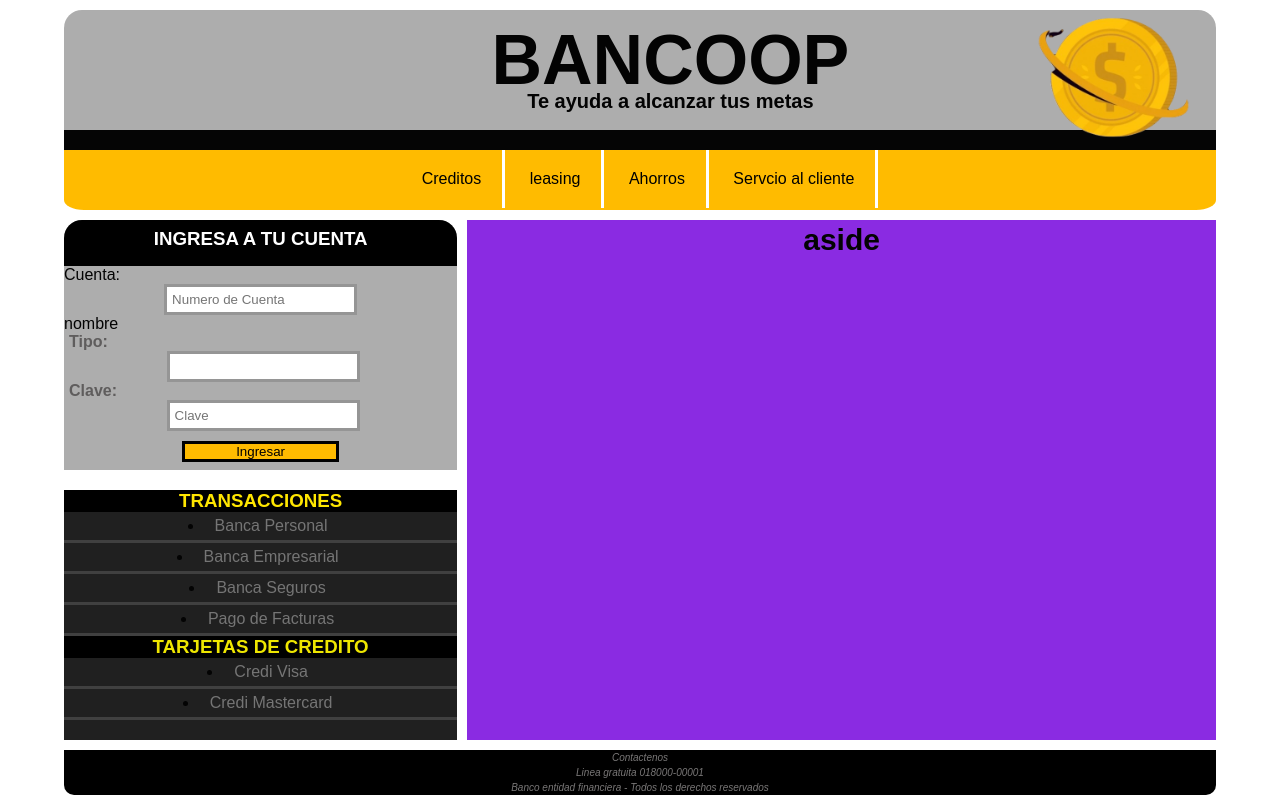
Repository: NickArregoces/BANCOOP
Page: Index.html
An editor plug-in stored every save of this project. The page is shown before and after the next save, followed by the edit.
The browser window is 1280 px wide. The pictures show the whole page.

Above is the page before, as saved 2021-09-30 14:00:43.

### Index.html
<!DOCTYPE html>
<html lang="en">
<head>
    <meta charset="UTF-8">
    <meta http-equiv="X-UA-Compatible" content="IE=edge">
    <meta name="viewport" content="width=device-width, initial-scale=1.0">
    <title>BANCOOP Home</title>
    <link rel="stylesheet" href="../BANCOOP/CSS/Style.css">

</head>
<body>
    <div id="head">
        <header>
            <div class="image">
                <img src="../BANCOOP/Images/logo.png" alt="logo">
            </div>
            <div class="title" >
                <h1>BANCOOP</h1>
                <h3>Te ayuda a alcanzar tus metas</h3>
            </div>

        </header>

        <nav class="barra"></nav>

        <div class="navegador">
            <ul class="menu">
                <li><a href="#">Creditos</a></li>
                <li><a href="#">leasing</a></li>
                <li><a href="#">Ahorros</a></li>
                <li><a href="#">Servcio al cliente</a></li>
            </ul>
        </div>

    </div>

        <div id="Contenido">
            <div class="section">
                <form action="" class="login">
                    <h3 style="color: rgb(255, 255, 255);">INGRESA A TU CUENTA</h3>

                    <div class="input-contenedor">
                        <labe >Cuenta:<input type="number" placeholder="Numero de Cuenta"></label>
                    <label for="css">nombre </label>
                        <h4>Tipo:<input type="text"></h4>

                        <h4>Clave:<input type="password" placeholder="Clave"></h4>
                   </div>
                    <div class="center">
                        <button class="sumbit"> Ingresar </button>
                    </div>

                </form>

                <article class="opciones">
                    <h3 style="color: rgb(255, 230, 0);">TRANSACCIONES</h3>
                    <li><a href="#">Banca Personal</a></li>
                    <li><a href="#">Banca Empresarial</a></li>
                    <li><a href="#">Banca Seguros</a></li>
                    <li><a href="#">Pago de Facturas</a></li>

                    <h3 style="color: rgb(238, 230, 0);">TARJETAS DE CREDITO</h3>
                    <li><a href="#">Credi Visa</a></li>
                    <li><a href="#">Credi Mastercard</a></li>
                </article>
            </div>

            <div id="Cuadros">
                <aside>
                    <h2>aside</h2>
                </aside>
            </div>

                <div>
                    <footer>
                        <p>Contactenos</p>
                        <p>Linea gratuita 018000-00001</p>
                        <p>Banco entidad financiera
                        - Todos los derechos reservados</p>
                    </footer>
                </div>
        </div>

</body>
</html>

### CSS/Style.css

*{
    margin: 0 auto;
    padding: 0px;
}
body{
    font-family: Arial, Helvetica, sans-serif;
    background: rgb(255, 255, 255);
    width: 90%;
    color: rgb(3, 3, 3);
}
header{
    width: 100%;
    margin-top: 10px;
    background: rgb(173, 173, 173);
    border-top-left-radius:  18px;
    border-top-right-radius:  18px;
    height: 120px;
}
    img{
        float: right;
        width: 200px;
    }
    .title{
        float: right;
        width: 60%;
        margin-top: 20px;
    }
    header h1{
        font-size: 70px;
        text-align: center;
        line-height: 60px;
        display: block;
    }
    header h3{
        font-size: 20px;
        text-align: center;
    }
nav.barra{
    background: rgb(5, 5, 5);
    height: 20px;
}
div.navegador{
    text-align: center;
}

    ul.menu{
        border-bottom-left-radius: 20px 10px;
        border-bottom-right-radius: 20px 10px;
        background: rgb(255, 187, 0);
        height: 60px;
        list-style: none;
        padding: 0;
        max-width: 10000px;
    }
    .menu li a{
        margin-right: 1px;
        text-decoration: none;
        color:black;
        padding: 20px;
        display: inline-block;
    }
    .menu li {

        border-right: solid white;
        display: inline-block;
        }
    .menu li a:hover{
        background: #242323b6;
        color: white;
        }

.section{
    width: 35%;
    float: left;
}
    form{
        background: rgb(173, 173, 173);
        border-top-left-radius: 18px;
        border-top-right-radius: 18px;
        margin-top: 10px;
        margin-right:10px;
        margin-bottom: 10px;
        height: 250px;
    }
        form h3{
            text-align: center;
            background: black;
            height: 30px;
            padding: 8px;
            border-top-left-radius: 18px;
            border-top-right-radius: 18px;
        }
        form h4{
            margin-left: 5px;
            color: rgb(95, 93, 93);
        }
        form input{
            padding: 5px;
            display: block;
            border: solid rgb(149, 149, 149);
        }
        div.center{
            margin-top: 10px;
            margin: auto;
            text-align: center;
            width: 50%;
            cursor: pointer;
        }
        button{
            margin-top: 10px;
            width: 80%;
            background: rgb(255, 187, 0);
            border: solid black;
            cursor: pointer;
        }
        button:hover{
            background: #242323b6;
            color: rgb(251, 227, 3);
        }

    article {
        height: 250px;
        background: rgb(32, 32, 32);
        margin-top: 20px;
        margin-right:10px;
        margin-bottom: 10px;
    }
        article h3{
            text-align: center;
            background: black;
        }
        .opciones li a{
            margin-right: 1px;
            text-align: center;
            text-decoration: none;
            color:rgb(117, 117, 117);
            padding: 5px;
            display: inline-block;
        }
        .opciones li {
            border-bottom: solid rgba(68, 68, 68, 0.897);
            text-align: center;
            display:inline-flexbox;
            }
        .opciones li a:hover{
            background: #242323b6;
            color: rgb(251, 227, 3);
            }

aside{
    width: 65%;
    height: 520px;
    background: blueviolet;
    margin-top: 10px;
    float: right;
    margin-bottom: 10px;
}
    aside h2{
        font-size: 30px;
        text-align: center;
        line-height: 40px;
    }

footer{
    background: black;
    clear: both;
    border-bottom-left-radius: 10px;
    border-bottom-right-radius: 10px;
}
    footer p{
        font-size: 10px;
        text-align: center;
        line-height: 15px;
        color: rgb(121, 119, 119);
        font-style:italic;
    }

After the next save:
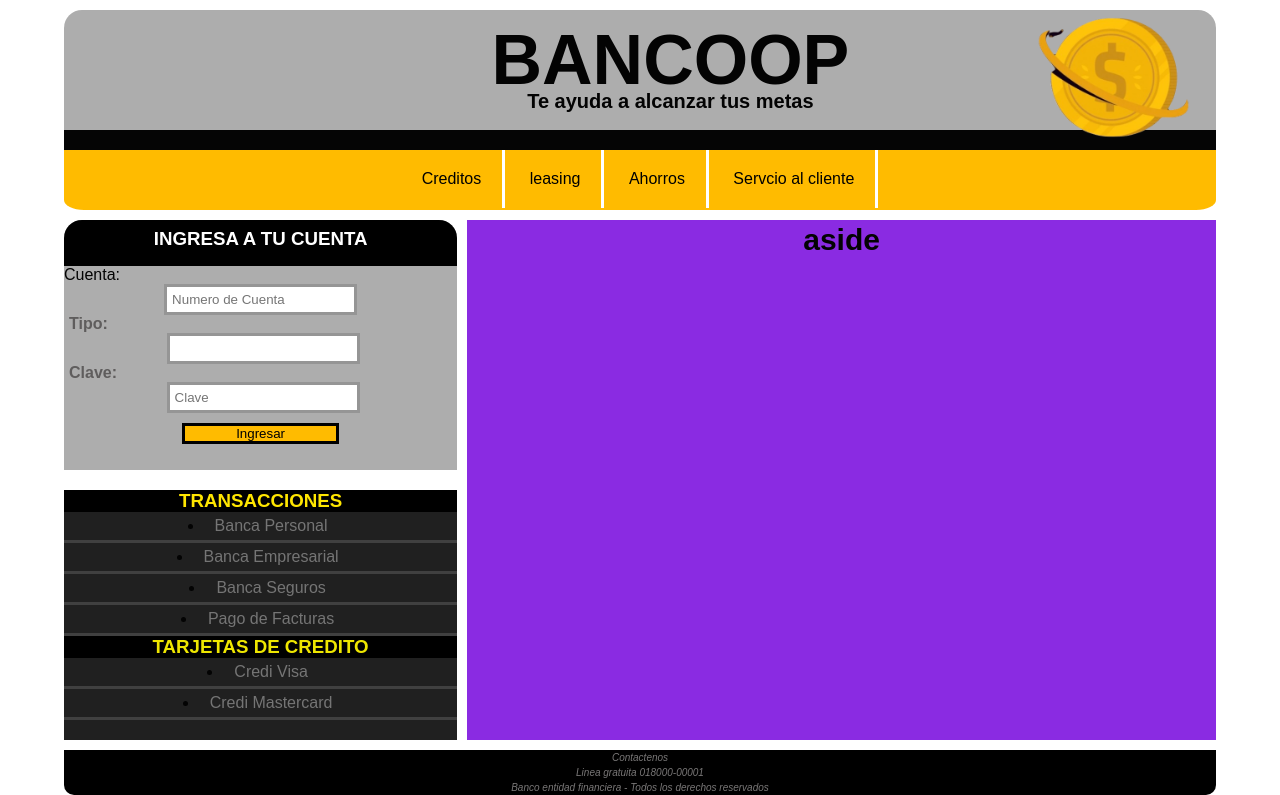
Saved 22 s later.
--- a/Index.html
+++ b/Index.html
@@ -40,8 +40,7 @@
                     <h3 style="color: rgb(255, 255, 255);">INGRESA A TU CUENTA</h3>
 
                     <div class="input-contenedor">
-                        <labe >Cuenta:<input type="number" placeholder="Numero de Cuenta"></label>
-                    <label for="css">nombre </label>
+                        <label >Cuenta:<input type="number" placeholder="Numero de Cuenta"></label>
                         <h4>Tipo:<input type="text"></h4>
 
                         <h4>Clave:<input type="password" placeholder="Clave"></h4>
